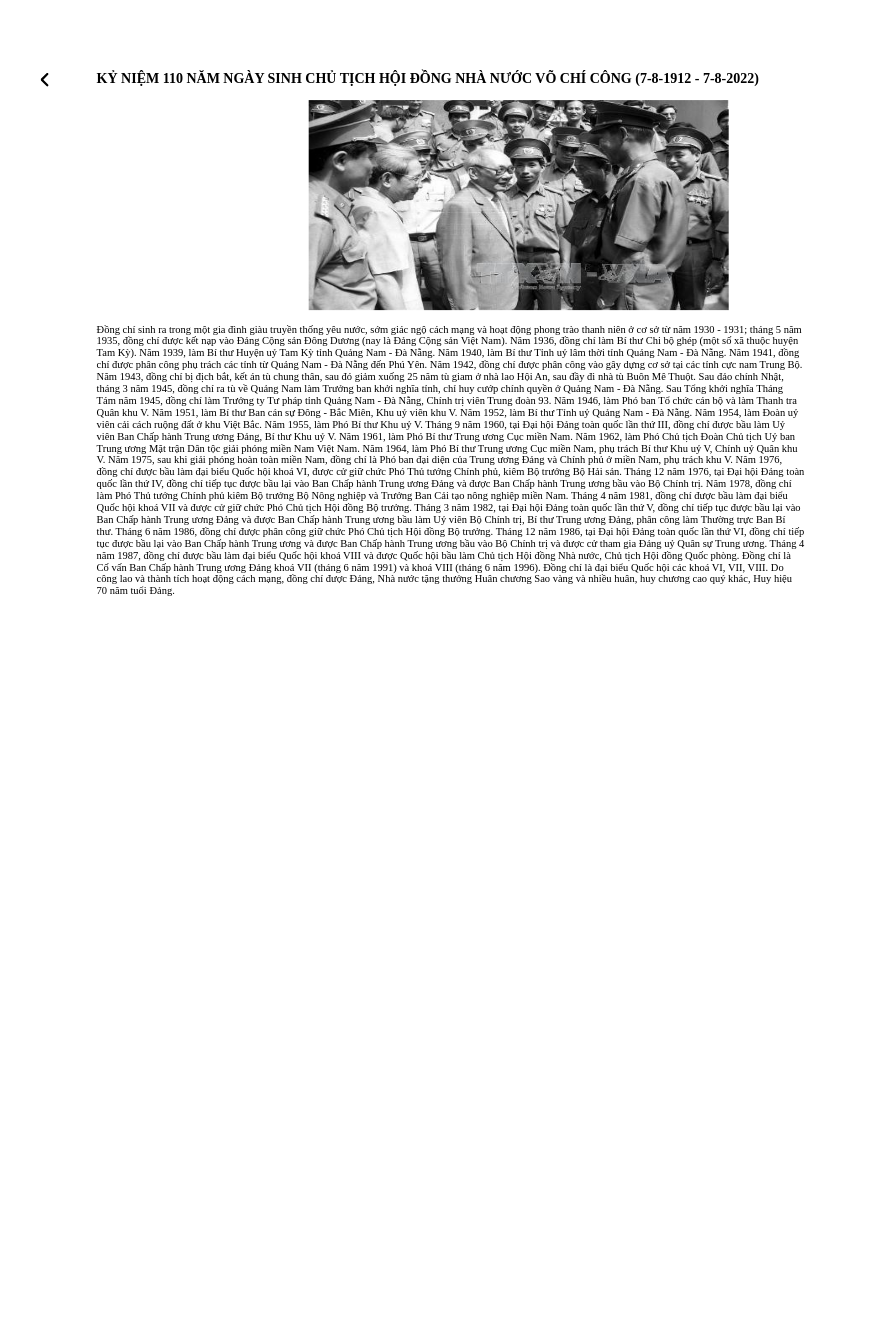
Repository: dphasst17/THPTVCC
Page: new/new_content/new_content3.html
These files come from the project's save history. The page is drawn as it stood at one moment and after the next save; the edit follows.
The browser window is 1280 px wide. The pictures show the part of the page from y = 0 to 1920 px (the page is 3100 px tall), at 70% of full size.

Above is the page before, as saved 2022-10-14 10:46:14.

After the next save:
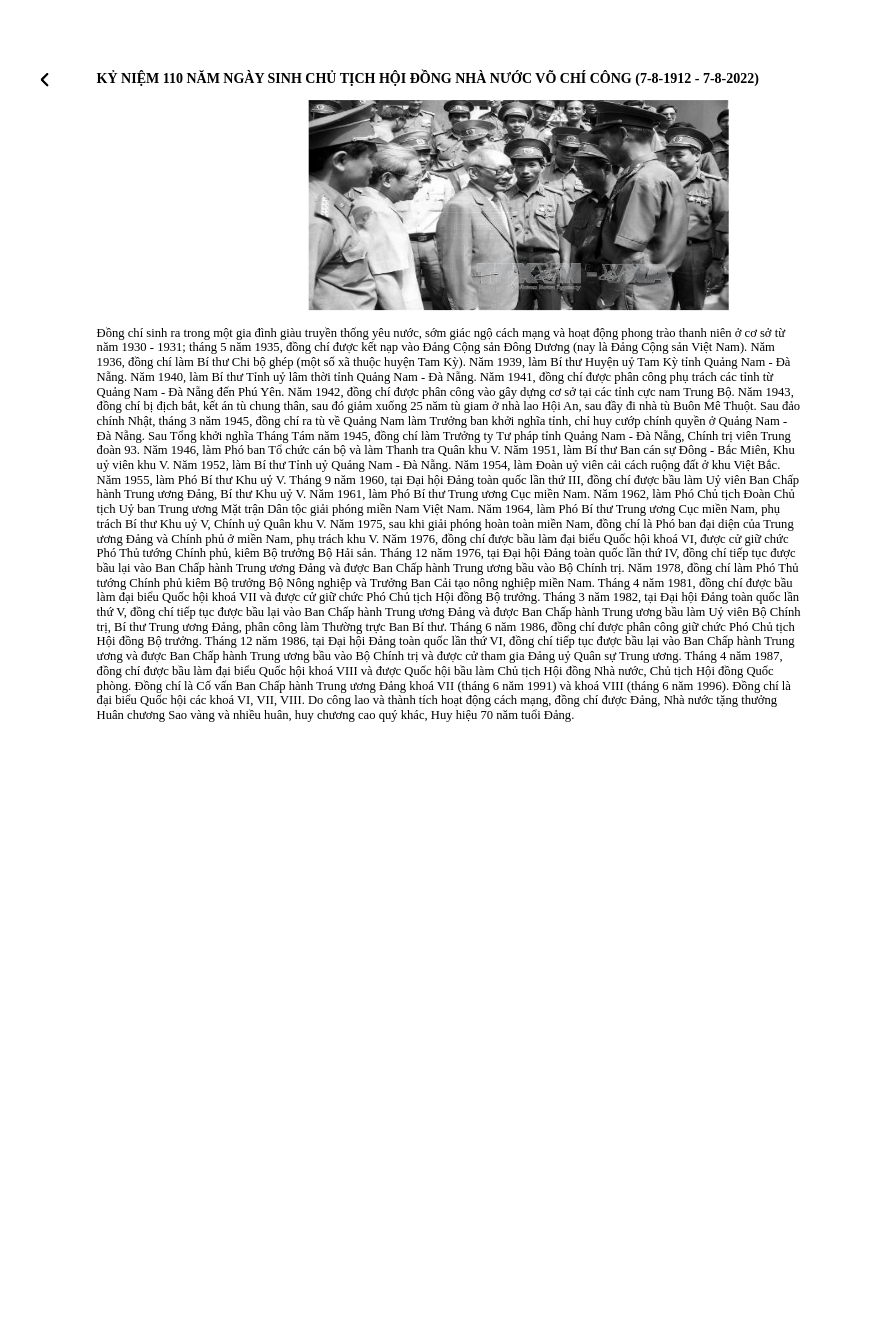
Saved 8 s later.
--- a/new/new_content/new_content3.html
+++ b/new/new_content/new_content3.html
@@ -18,7 +18,7 @@
             margin-left:130px;
         }
         p{
-            font-size:15px;
+            font-size:18px;
         }
         h3{
             font-size:20px;
